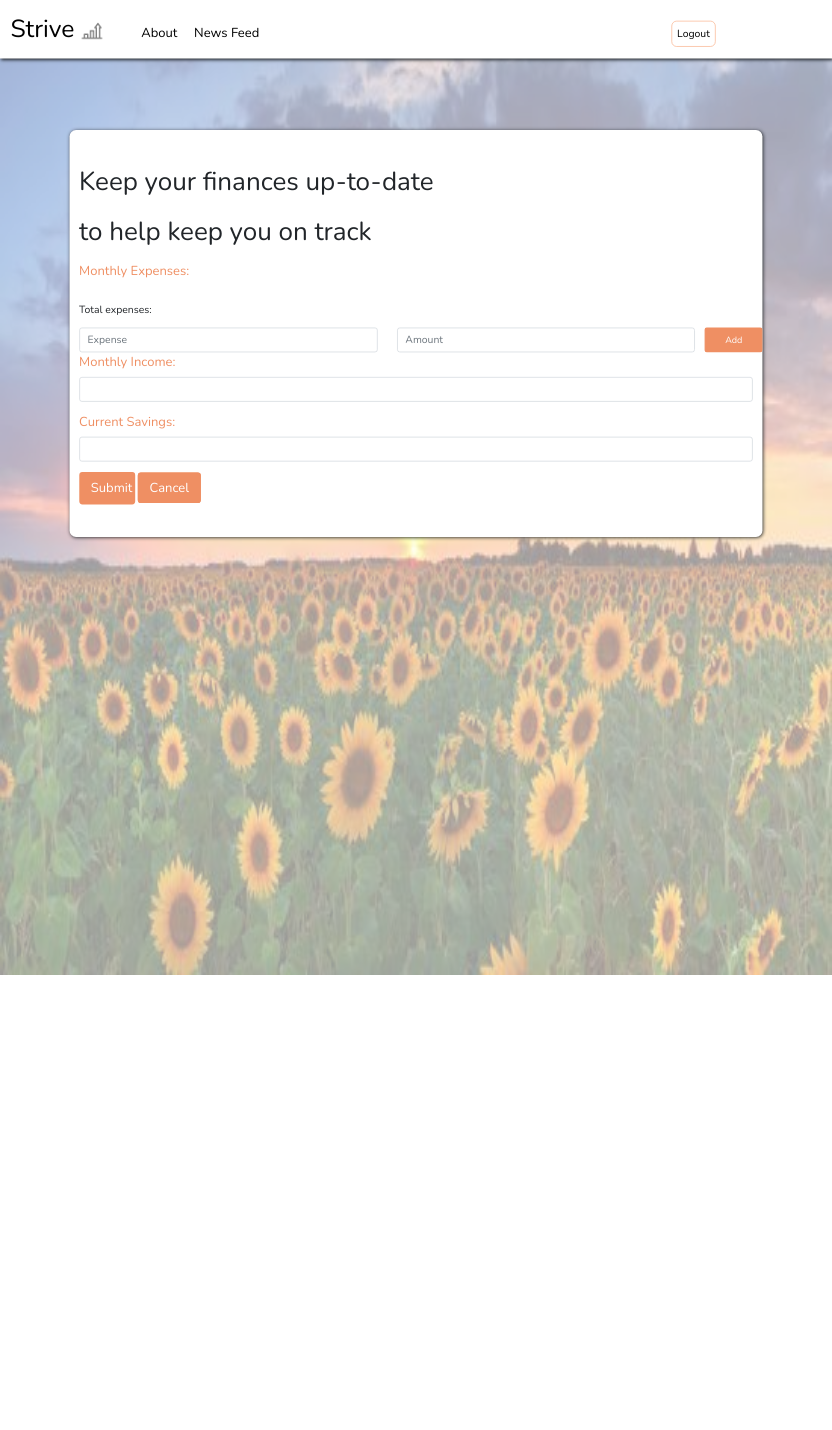
Repository: NoraOK/Strive
Page: http://localhost/strive/WEB-INF/strive/ie.jsp
An editor plug-in stored every save of this project. The page is shown before and after the next save, followed by the edit.
The browser window is 1280 px wide. The pictures show the whole page, at 65% of full size.
The page is served by Tomcat 9. Nobody is signed in. Other server files are loaded and not shown. The template is opened directly, without the code that normally fills it, so the values that code supplies are empty.

Above is the page before, as saved 2019-12-20 18:33:56.

### strive/src/main/webapp/WEB-INF/strive/ie.jsp
<%@ page language="java" contentType="text/html; charset=UTF-8"
	pageEncoding="UTF-8"%>
<%@ taglib prefix="form" uri="http://www.springframework.org/tags/form"%>
<%@ taglib prefix="c" uri="http://java.sun.com/jsp/jstl/core"%>
<%@ taglib prefix = "fmt" uri = "http://java.sun.com/jsp/jstl/fmt" %>

<!DOCTYPE html>

<html>
<head>
<meta charset="UTF-8">
<title>Strive | Personal Finances</title>
	<link rel="stylesheet"
	href="https://stackpath.bootstrapcdn.com/bootstrap/4.3.1/css/bootstrap.min.css"
	integrity="sha384-ggOyR0iXCbMQv3Xipma34MD+dH/1fQ784/j6cY/iJTQUOhcWr7x9JvoRxT2MZw1T"
	crossorigin="anonymous">
	<link href="/css/ie.css" rel="stylesheet" type="text/css" />
	<link href="https://fonts.googleapis.com/css?family=Nunito:200,400,700&display=swap" rel="stylesheet">
</head>
<body>
	<div>
		<jsp:include page="header.jsp"/>
	</div>
	<div class="body">
		<img src="/images/flowers.jpg">
		<div class="container col-10 spotlight">
		<p class="h11">Keep your finances up-to-date</p>
		<p class="h11">to help keep you on track</p>
		<p class="label">Monthly Expenses:</p>
		<table class="table col-4">
			<tbody>

				<c:forEach items="${user.user_expenses}" var="userExpense">
					<tr>
					<td><c:out value="${userExpense.name}"/></td>
					<td><fmt:formatNumber value="${userExpense.amount}" type="currency"/></td>
					<td>
						<form action="/deleteUserExpense/${userExpense.id}" method="post">
							<input type="hidden" name="_method" value="delete">
							<input type="submit" value="Delete">
						</form>
					</td>
					</tr>
				</c:forEach>
			</tbody>
		</table>
		<p >Total expenses: <fmt:formatNumber value="${user.totalUserExpense}" type="currency"/></p>
		<form:form action="/addUserExpense" method="post" modelAttribute="userExpense" class="row">
			<form:hidden path="user" value="${user.id}"/>
			<div class="col">
				<form:input path="name" type="text" class="form-control" placeholder="Expense"/>
			</div>
			<div class="col">
				<form:input path="amount" type="text" class="form-control" placeholder="Amount"/>
			</div>
			<input type="submit" value="Add" class="button1 btn-sm col-1"/>
		</form:form>
		<form action="/strive/updateFinances" method="post">
			<p>
				<label class="label">Monthly Income: </label>
				<input name="currentIncome" type="number" class="form-control" />
			</p>
			<p>
				<label class="label">Current Savings: </label>
				<input name="currentBalance" type="number" class="form-control" />
			</p>

			<input class="button1 btn-lg col-1" type="submit" value="Submit" />
			<a class="button1 btn-lg" href="/home">Cancel</a>
		</form>
		</div>
	</div>
</body>
</html>

### strive/src/main/webapp/WEB-INF/strive/header.jsp
<%@ page language="java" contentType="text/html; charset=UTF-8"
    pageEncoding="UTF-8"%>
<%@ taglib prefix="c" uri="http://java.sun.com/jsp/jstl/core"%>

<!DOCTYPE html>
<html>
<head>
<meta charset="UTF-8">
<title>Insert title here</title>
	<link rel="stylesheet" href="https://stackpath.bootstrapcdn.com/bootstrap/4.3.1/css/bootstrap.min.css" integrity="sha384-ggOyR0iXCbMQv3Xipma34MD+dH/1fQ784/j6cY/iJTQUOhcWr7x9JvoRxT2MZw1T" crossorigin="anonymous">
	<link href="/css/header.css" rel="stylesheet" type="text/css"/>
	<link href="https://fonts.googleapis.com/css?family=Nunito&display=swap" rel="stylesheet">
</head>
<body>
	<header class="p-3">
		<div class="logo d-inline">
			<a class="d-inline strive" href="/">Strive <img class="header_img" src="/images/icon2.png" alt=""></a>
			<div class="d-inline links pl-5">
				<a class="d-inline link" href="">About</a>
				<a class="d-inline link pl-3" href="/feed">News Feed</a>
				<c:choose>
					<c:when test="${user.goals.size() > 0}">
						<a class="d-inline link pl-3" href="/allGoals">Your Goals</a>
					</c:when>
				</c:choose>
			</div>
		</div>
		<div class="buttons d-inline">
			<a href="/logout" class="logout_button">Logout</a>
		</div>
	</header>
</body>
</html>

### strive/src/main/resources/static/css/ie.css
.body {
	padding-top: 200px;
    position: relative;
    overflow: hidden;
    height: 2200px;
    font-family:'Nunito', sans-serif;

}

.body img {
	background-color: rgba(232,114,17,1.0);
    position: absolute;
    left: 0;
    top: 0;
    width: 100%;
    height: 1500px;
    opacity: 0.4;
}

.spotlight{
	background-color: white;
	border-radius: 10px;
	box-shadow: 1px 1px 6px;
	padding: 50px;
	padding-right: 50px;

}

.h11{
	font-size: 40px;
	font-weight: 200;

}

.label{
	color: #EF8F63;
	font-weight: 500;
	font-size: 20px;
}

.button1{
	border:2px solid #EF8F63 ;
	border-radius: 8px;
	background-color: #EF8F63;
 	padding: 12px 25px;
 	color: white;
 	width: 100%
}

.button1:hover{
	border:2px solid #F9AD86 ;
	border-radius: 8px;
	background-color: #F9AD86;
 	padding: 12px 25px;
 	color: white;
 	width: 100%

}

### strive/src/main/resources/static/css/header.css
header{
	box-shadow: 2px 2px 5px;
	height: 90px;
	z-index: 10;
    position: fixed;
    width: 100%;
    font-family:'Nunito', sans-serif;
    background-color: white;
}
.strive{
	text-decoration: none;
	color: black;
}

.logo{
	font-size: 38px;

}
.header_img{
	background-color: white;
	width: 35px;
	opacity: .5;
}

.button{
	font-size: 17px;
	color: black;
}

.link {
	font-size: 20px;
	color: black;
}

a:link {
  text-decoration: none;
}

a:visited {
  text-decoration: none;
}

a:hover {
  text-decoration: none;
}

.logout_button{
	border: solid 1.5px #F9AD86;
	border-radius: 8px;
	padding:  8px;
	color: black;
}

.logout_button:hover {
	background-color: #F9AD86;
	color: white;
}

.buttons{
	margin-left: 50%;
}

.home_button{
	color: black;
}

After the next save:
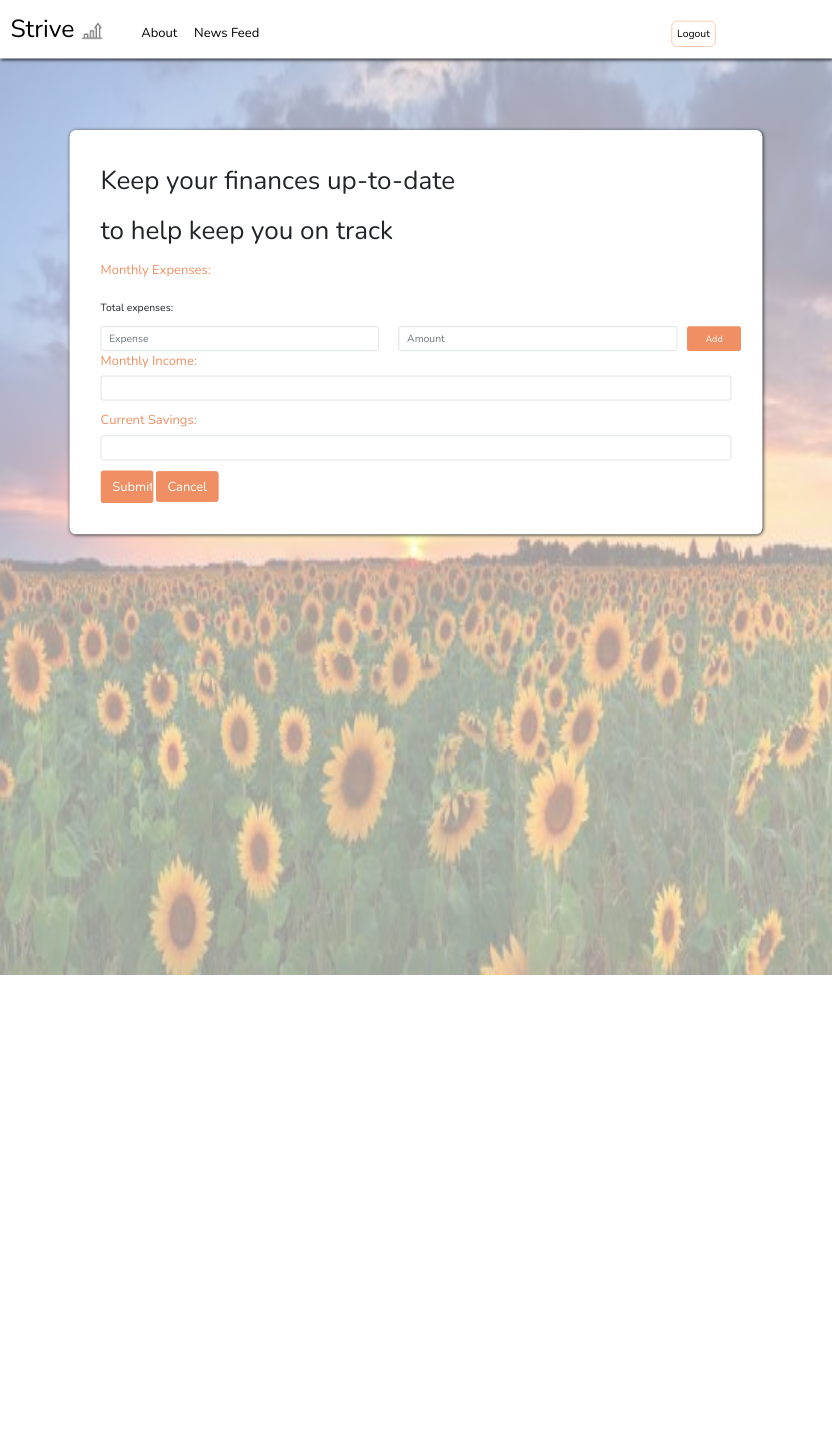
Saved 59 s later.
--- a/strive/src/main/webapp/WEB-INF/strive/ie.jsp
+++ b/strive/src/main/webapp/WEB-INF/strive/ie.jsp
@@ -23,7 +23,7 @@
 	</div>
 	<div class="body">
 		<img src="/images/flowers.jpg">
-		<div class="container col-10 spotlight">
+		<div class="container col-10 spotlight p-5">
 		<p class="h11">Keep your finances up-to-date</p>
 		<p class="h11">to help keep you on track</p>
 		<p class="label">Monthly Expenses:</p>
